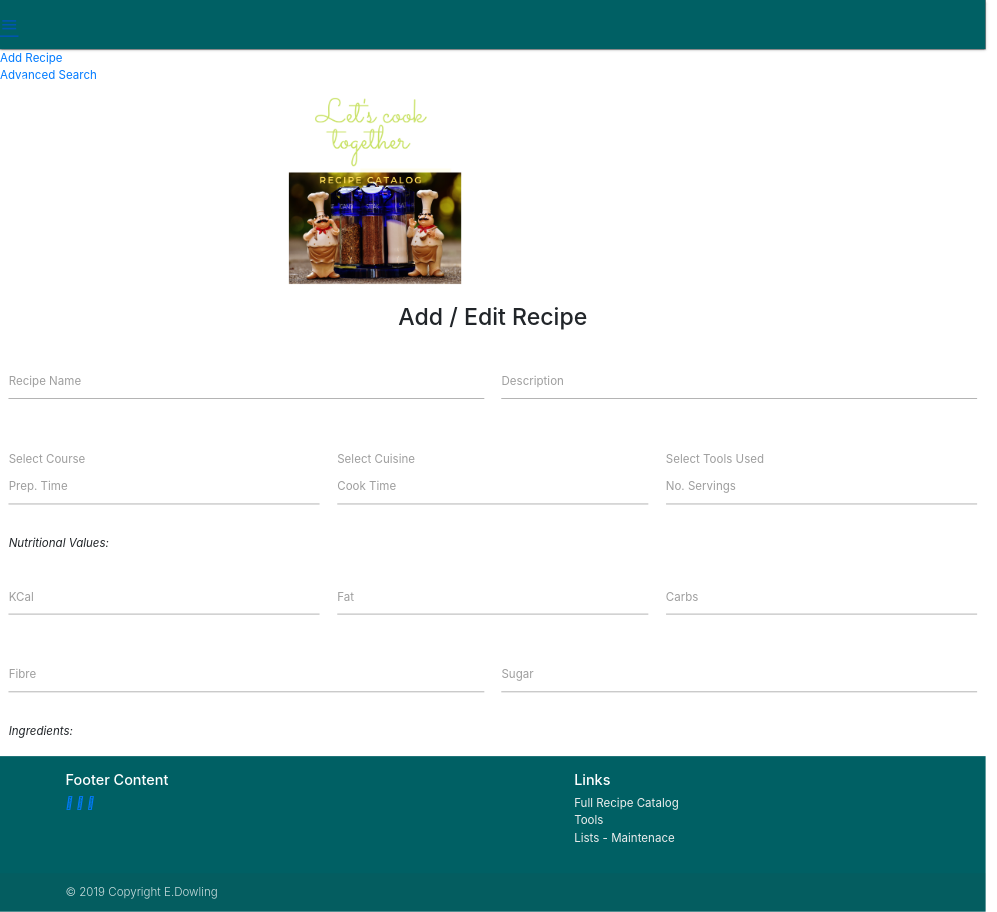
Repository: eldowling/lets-cook-together
Page: http://localhost/add_recipe
The author's editor kept a record of every edit. The page is drawn from the files as they stood at one moment, then again after the next edit.
The browser window is 1280 px wide. The page is 1295 px wide, so the pictures cover 1295 px, including what lies to the right of the window. The pictures show the whole page, at 77% of full size.
Some web libraries are served in a nearby version. The page is served by the project's application, run on Flask 3 (app.py).

Above is the page before.
Console error: TypeError: $(...).collapsible is not a function

### templates/add-recipe.html
{% extends 'base.html'%} {% block content %}
<div class="row justify-content-center">
  <h2>Add / Edit Recipe</h2>
</div>
<form class="col s12">
  <div class="row">
    <div class="input-field col s12">
      <input id="recipe_name" type="text" class="validate">
      <label for="recipe_name">Recipe Name</label>
    </div>
    <div class="input-field col s12">
      <input id="descr" type="text" class="validate">
      <label for="descr">Description</label>
    </div>
  </div>
  <div class="row">
    <div class="input-field col s6 m4">
      <select>
        <option value="" disabled selected>Select option</option>
        <option value="1">Option 1</option>
        <option value="2">Option 2</option>
        <option value="3">Option 3</option>
      </select>
      <label>Select Course</label>
    </div>
    <div class="input-field col s6 m4">
      <select>
        <option value="" disabled selected>Select option</option>
        <option value="1">Option 1</option>
        <option value="2">Option 2</option>
        <option value="3">Option 3</option>
      </select>
      <label>Select Cuisine</label>
    </div>
    <div class="input-field col s6 m4">
      <select multiple>
        <option value="" disabled selected>Select option</option>
        <option value="1">Option 1</option>
        <option value="2">Option 2</option>
        <option value="3">Option 3</option>
      </select>
      <label>Select Tools Used</label>
    </div>
  </div>
  <div class="row">
    <div class="input-field col s4">
      <input id="prep_time" type="text" class="validate">
      <label for="prep_time">Prep. Time</label>
    </div>
    <div class="input-field col s4">
      <input id="cook_time" type="text" class="validate">
      <label for="cook_time">Cook Time</label>
    </div>
    <div class="input-field col s4">
      <input id="no_serv" type="text" class="validate">
      <label for="no_serv">No. Servings</label>
    </div>
  </div>
  <div class="row">
    <div class="col s12">
      <em>Nutritional Values:</em>
    </div>
  </div>
  <div class="row">
    <div class="input-field col s4">
      <input id="kcal" type="text" class="validate">
      <label for="kcal">KCal</label>
    </div>
    <div class="input-field col s4">
      <input id="fat" type="text" class="validate">
      <label for="fat">Fat</label>
    </div>
    <div class="input-field col s4">
      <input id="carbs" type="text" class="validate">
      <label for="carbs">Carbs</label>
    </div>
  </div>
  <div class="row">
    <div class="input-field col s4">
      <input id="fibre" type="text" class="validate">
      <label for="fibre">Fibre</label>
    </div>
    <div class="input-field col s4">
      <input id="sugar" type="text" class="validate">
      <label for="sugar">Sugar</label>
    </div>
  </div>
  <div class="row">
    <div class="col s12">
      <em>Ingredients:</em>
    </div>
  </div>

</form>

{% endblock %}

### templates/base.html
<!DOCTYPE html>
<html>

<head>
    <link href="https://fonts.googleapis.com/icon?family=Material+Icons" rel="stylesheet">
    <link rel="stylesheet" href="https://cdnjs.cloudflare.com/ajax/libs/materialize/0.100.2/css/materialize.min.css">
    <link rel="stylesheet" href="https://maxcdn.bootstrapcdn.com/bootstrap/4.0.0/css/bootstrap.min.css" integrity="sha384-Gn5384xqQ1aoWXA+058RXPxPg6fy4IWvTNh0E263XmFcJlSAwiGgFAW/dAiS6JXm" crossorigin="anonymous">
    <link rel="stylesheet" href="https://cdnjs.cloudflare.com/ajax/libs/font-awesome/4.7.0/css/font-awesome.min.css">
    <link rel="stylesheet" href="{{ url_for('static', filename='css/style.css') }}" type="text/css" />
</head>

<body>
    <header>
        <!-- Dropdown Structure -->
        <ul id="dropdown1" class="dropdown-content">
            <li><a href="#!">one</a></li>
            <li><a href="#!">two</a></li>
            <li class="divider"></li>
            <li><a href="#!">three</a></li>
        </ul>

        <nav>
            <div class="nav-wrapper cyan darken-4">

                <form>
                    <a href="#" data-target="mobile-demo" class="sidenav-trigger"><i class="material-icons">menu</i></a>
                    <div class="input-field inline ">
                        <input id="search" type="search" required>
                        <label class="label-icon" for="search"><i class="material-icons">search</i></label>
                        <i class="material-icons">close</i>
                    </div>
                    <ul id="nav-mobile" class="right hide-on-med-and-down">
                        <li><a href="addedit-recipe.html">Add Recipe</a></li>
                        <li><a class="dropdown-trigger" href="#!" data-target="dropdown1">Advanced Search<i class="material-icons right">arrow_drop_down</i></a></li>
                    </ul>

                </form>

            </div>
        </nav>

        <ul class="sidenav" id="mobile-demo">
            <li><a href="addedit-recipe.html">Add Recipe</a></li>
            <li><a href="badges.html">Advanced Search</a></li>
        </ul>


    </header>

    <div class="center">
            <img class="main-img" src="static/images/lets-cook-logo.png"></img>
    </div>
    <div> <BR> </div>

        {% block content %} {% endblock %}


    <footer class="page-footer cyan darken-4">
        <div class="container">
            <div class="row">
                <div class="col l6 s12">
                    <h5 class="white-text">Footer Content</h5>

                    <span class="grey-text text-lighten-4 ">
                        <a href="facebook.html"><i class="fab fa-facebook-square"></i></a>
                        <a href="twitter.html"><i class="fab fa-twitter-square"></i></a>
                        <a href="instagram.html"><i class="fab fa-instagram"></i></a>
                    </span>
                </div>
                <div class="col l4 offset-l2 s12">
                    <h5 class="white-text">Links</h5>
                    <ul>
                        <li><a class="grey-text text-lighten-3" href="{{url_for('get_catalog')}}">Full Recipe Catalog</a></li>
                        <li><a class="grey-text text-lighten-3" href="tools.html">Tools</a></li>
                        <li><a class="grey-text text-lighten-3" href="maintenance.html">Lists - Maintenace</a></li>
                    </ul>
                </div>
            </div>
        </div>
        <div class="footer-copyright">
            <div class="container">
                © 2019 Copyright E.Dowling
            </div>
        </div>
    </footer>

    <script src="https://cdnjs.cloudflare.com/ajax/libs/jquery/3.2.1/jquery.min.js"></script>
    <script src="https://cdnjs.cloudflare.com/ajax/libs/materialize/0.100.2/js/materialize.min.js"></script>
    <script src="https://code.jquery.com/jquery-3.2.1.slim.min.js" integrity="sha384-KJ3o2DKtIkvYIK3UENzmM7KCkRr/rE9/Qpg6aAZGJwFDMVNA/GpGFF93hXpG5KkN" crossorigin="anonymous"></script>
    <script src="https://cdnjs.cloudflare.com/ajax/libs/popper.js/1.12.9/umd/popper.min.js" integrity="sha384-ApNbgh9B+Y1QKtv3Rn7W3mgPxhU9K/ScQsAP7hUibX39j7fakFPskvXusvfa0b4Q" crossorigin="anonymous"></script>
    <script src="https://maxcdn.bootstrapcdn.com/bootstrap/4.0.0/js/bootstrap.min.js" integrity="sha384-JZR6Spejh4U02d8jOt6vLEHfe/JQGiRRSQQxSfFWpi1MquVdAyjUar5+76PVCmYl" crossorigin="anonymous"></script>
    <script type="text/javascript">
        $(document).ready(function() {
            $('.collapsible').collapsible();
            $('select').material_select();
            $(".button-collapse").sideNav();
            $(".dropdown-trigger").dropdown();
            $('.sidenav').sidenav();
            $('.dropdown-toggle').dropdown();
            $('.tabs').tabs();
        });



    </script>
</body>
</html>

### app.py
import os
from flask import Flask, render_template, redirect, request, url_for
from flask_pymongo import PyMongo
from bson.objectid import ObjectId

app = Flask(__name__)
app.config["MONGO_DBNAME"] = 'recipie_catalog'
app.config["MONGO_URI"] = 'mongodb+srv://root:r00tUser@myfirstcluster-pwjgy.mongodb.net/recipie_catalog?retryWrites=true&w=majority'
#app.config["MONGO_URI"] = os.getenv('MONGO_URI', 'mongodb://localhost')

mongo = PyMongo(app)


@app.route('/')

@app.route('/get_catalog')
def get_catalog():
    return render_template("catalog.html", recipes=mongo.db.recipes.find())

@app.route('/get_catalog/<course>')
def get_catalog_bycourse(course):
    recipes_bycourse = list(mongo.db.recipes.find({"course": course}))
    return render_template("catalog.html", recipes=recipes_bycourse)

##@app.route('/get_catalog')
##def get_catalog():
#    if course == '':
#        return render_template("catalog.html", recipes=mongo.db.recipes.find())
#    if course != '':
 #       return render_template("catalog.html", recipes=mongo.db.recipes.find({ "course": 'breakfast' }))

#@app.route('/get_catalog/<course_id>')
#def show_recipe(recipe_id):
#    course =  mongo.db.recipes.find_one({"course": ObjectId(course)})
#    all_courses =  mongo.db.categories.find()
#    return render_template('catalog.html', task=the_recipe,
#                           categories=all_categories)

@app.route('/show_recipe/<recipe_id>')
def show_recipe(recipe_id):
    the_recipe =  mongo.db.recipes.find_one({"_id": ObjectId(recipe_id)})
#    all_categories =  mongo.db.categories.find()
    return render_template('recipe.html', recipe=the_recipe)

@app.route('/add_recipe')
def add_new_recipe():
    return render_template('add-recipe.html')


if __name__ == '__main__':
    app.run(host=os.environ.get('IP'),
            port=int(os.environ.get('PORT')),
            debug=True)


@app.route('/filter_catalog/<course>')
def filter_catalog(course):
    return render_template("catalog.html", recipes=mongo.db.recipes.find({ "recipes.course": course }))

### static/css/style.css
.main-img {
  display: inline-block;
  vertical-align: middle;
  max-height: auto;
  max-width: 230px;
}

.center-img {
  margin: auto;
  min-width: 250px;
  width: 30%;
  border: 3px solid #73AD21;
  padding: 10px;
  margin-bottom: 4em;
}
.tabs .tab a{
    color:#00838f;
}
.tabs .tab a:hover,.tabs .tab a.active {
	background-color:transparent;
	color:#00b8d4;
}
.tabs .indicator {
	background-color:#006064;
}
 .tabs {
    margin-bottom: 2em;
}

#nutr-border .col {
  border: 2px solid #c9c9c9;
}

#nutr-border .col:not(:last-child) {
  border-right-width: 0;
}

#nutr-border .row:not(:last-child) .col {
  border-bottom-width: 0;
}

#nutr-border .row:not(:last-child) {
  margin-bottom: 0;
}

After the next edit:
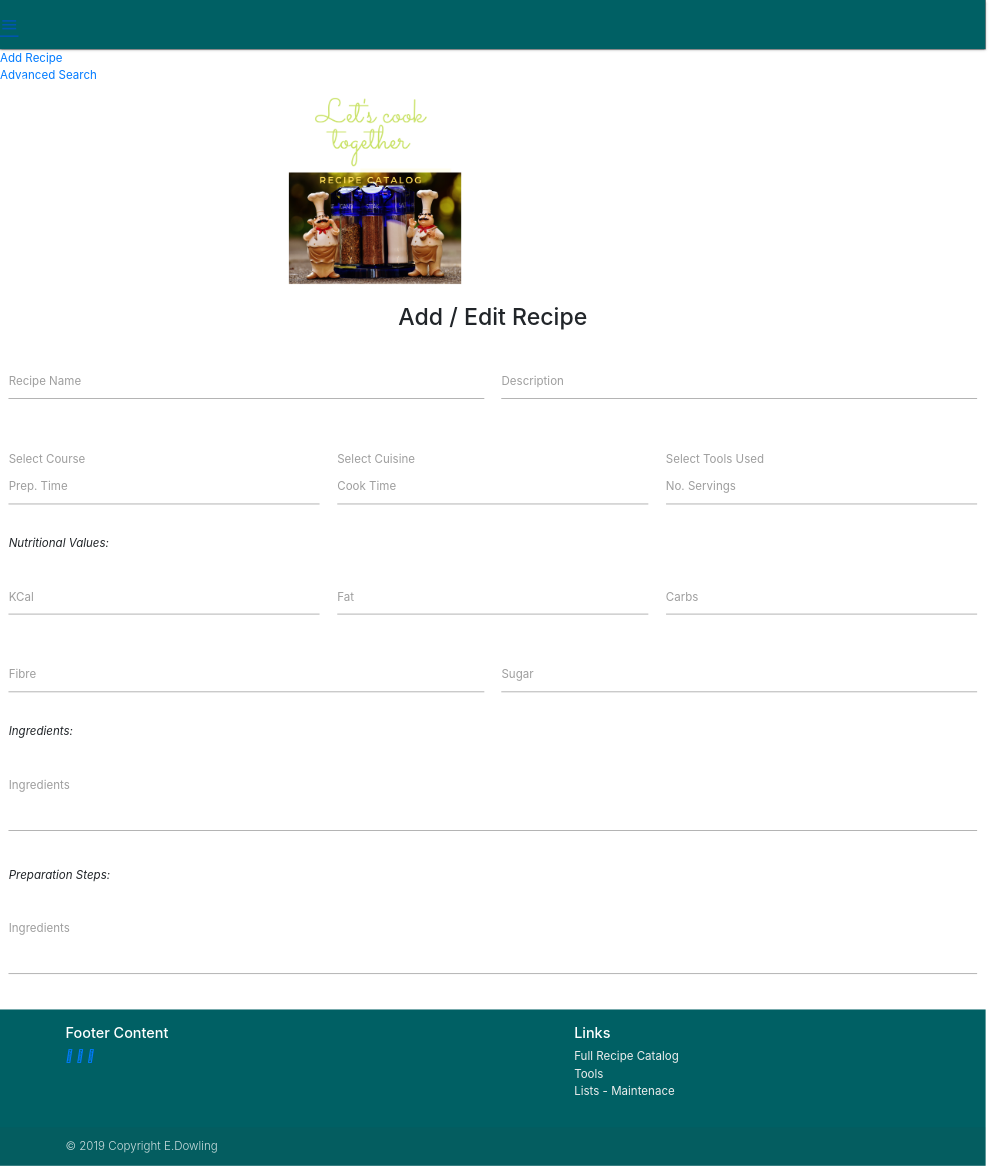
The edit:
--- a/templates/add-recipe.html
+++ b/templates/add-recipe.html
@@ -90,6 +90,23 @@
       <em>Ingredients:</em>
     </div>
   </div>
+  <div class="row">
+    <div class="input-field col s12">
+      <textarea id="ingrd-textarea1" class="materialize-textarea"></textarea>
+      <label for="ingrd-textarea1">Ingredients</label>
+    </div>
+  </div>
+  <div class="row">
+    <div class="col s12">
+      <em>Preparation Steps:</em>
+    </div>
+  </div>
+  <div class="row">
+    <div class="input-field col s12">
+      <textarea id="ingrd-textarea1" class="materialize-textarea"></textarea>
+      <label for="ingrd-textarea1">Ingredients</label>
+    </div>
+  </div>
 
 </form>
 
